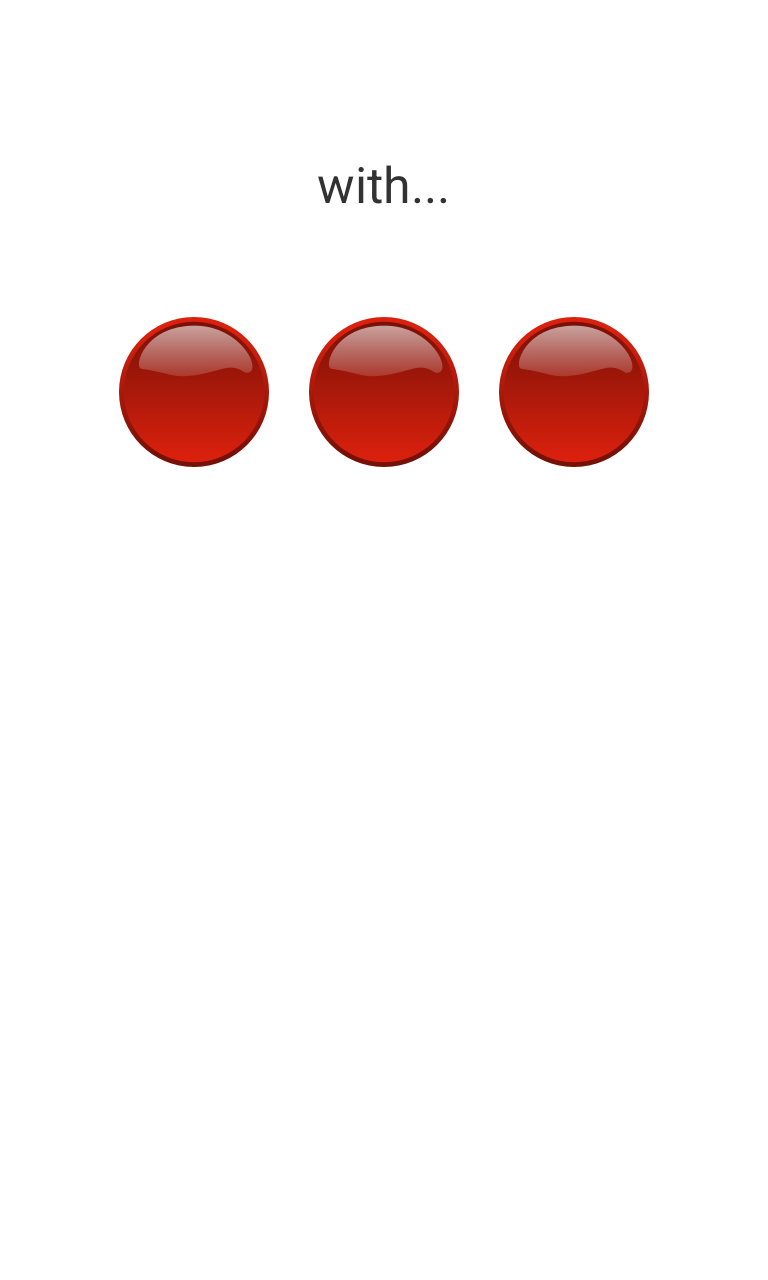
Repository: sbobra/women-startupweekend-sf
Layout: LaundryList/res/layout/activity_goal3.xml
An editor plug-in stored every save of this project. The layout is shown before and after the next save, followed by the edit.
It is drawn on a 768 x 1280 px phone screen (xhdpi) without system bars, with theme AppTheme; the app's code is not run.

Above is the layout before, as saved 2013-09-15 04:44:32.

After the next save:
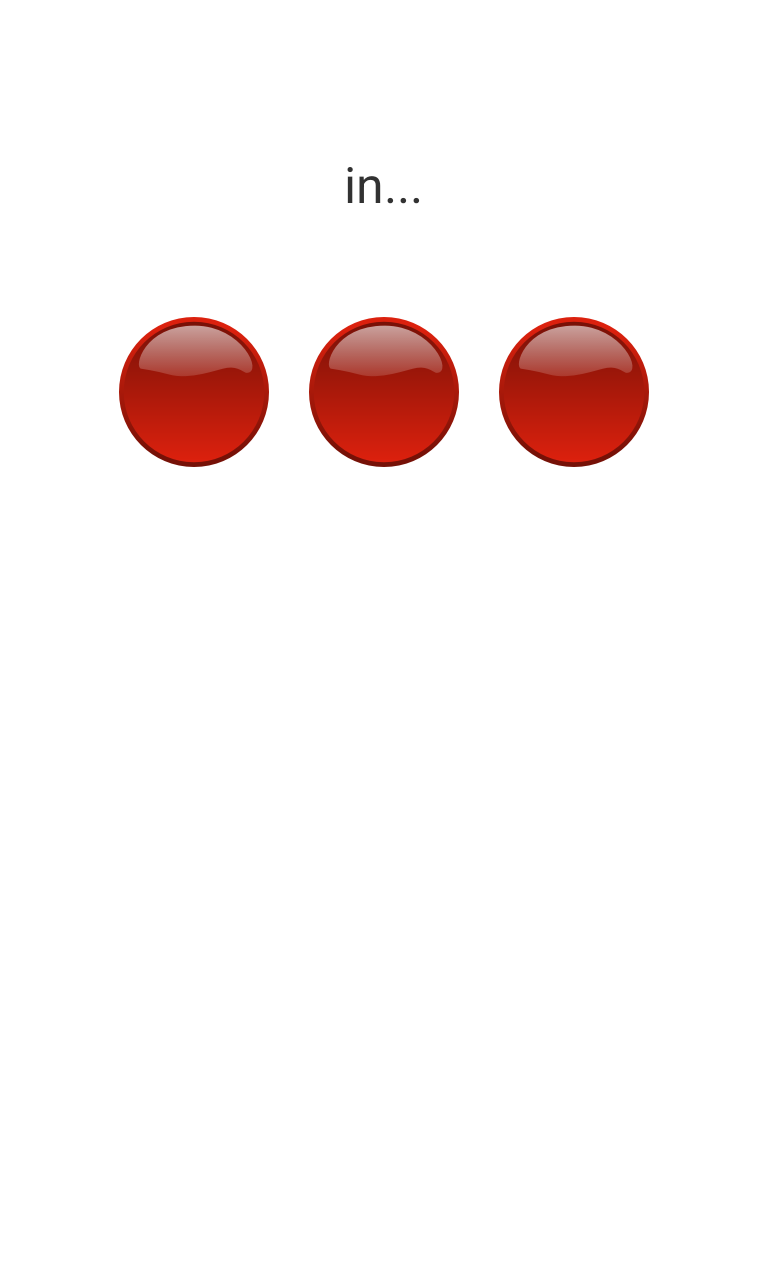
Saved 4 s later.
--- a/LaundryList/res/layout/activity_goal3.xml
+++ b/LaundryList/res/layout/activity_goal3.xml
@@ -11,7 +11,7 @@
         android:layout_height="wrap_content"
         android:layout_gravity="center"
         android:layout_marginTop="75dp"
-        android:text="with..."
+        android:text="in..."
         android:textSize="25sp" />
 
     <LinearLayout
